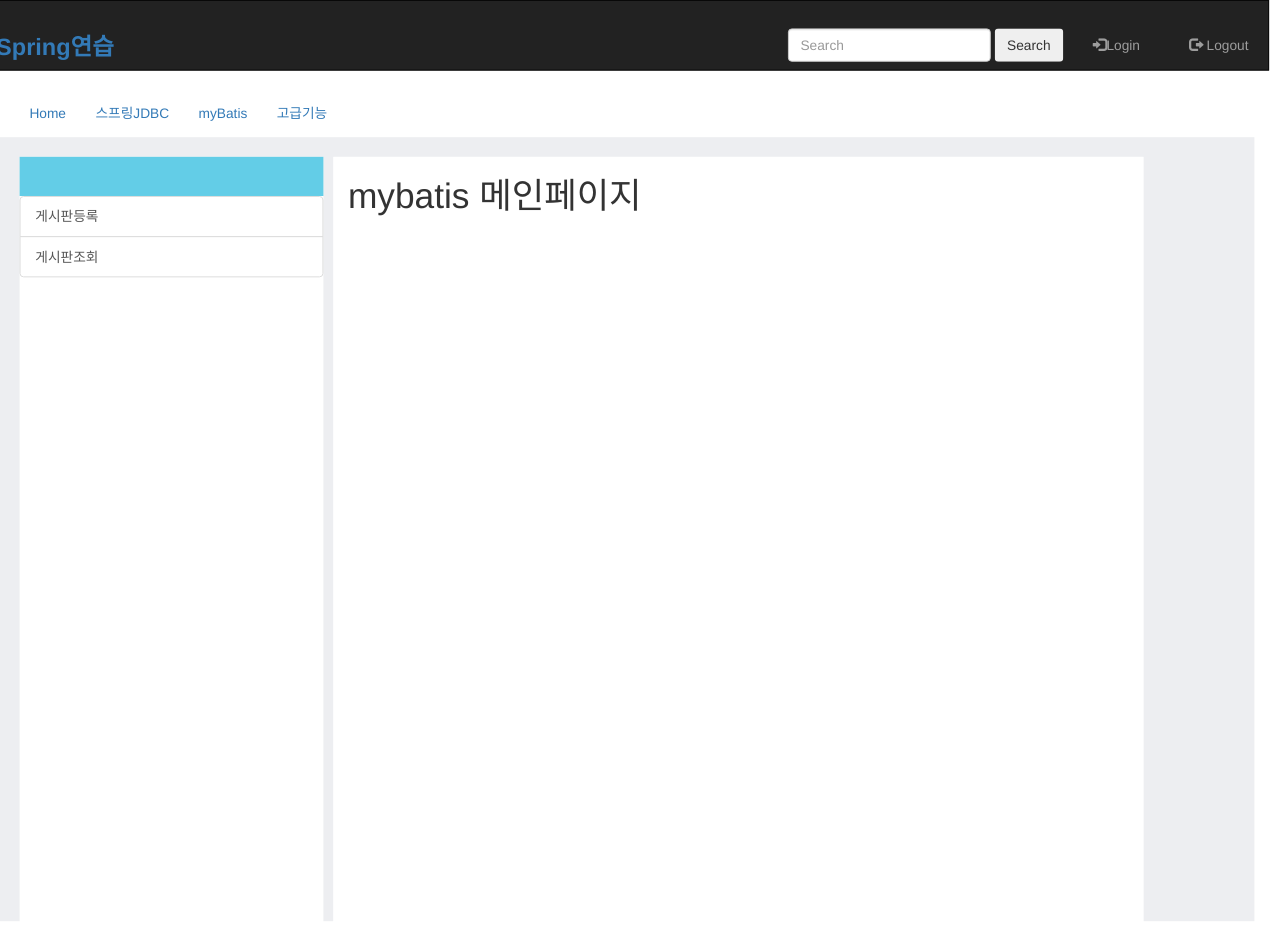
Repository: snowcuphea/stswork
Page: http://localhost/springmvc/template/advancedLayout.jsp
An editor plug-in stored every save of this project. The page is shown before and after the next save, followed by the edit.
The browser window is 1280 px wide. The page is 1309 px wide, so the pictures cover 1309 px, including what lies to the right of the window. The pictures show the whole page, at 98% of full size.
The page is served by Tomcat 9. Other server files are loaded and not shown.

Above is the page before, as saved 2020-01-29 07:21:59.

### springmvc/WebContent/template/advancedLayout.jsp
<%@ page language="java" contentType="text/html; charset=UTF-8"
    pageEncoding="UTF-8"%>
<!DOCTYPE html>
<html>
<head>
<meta charset="UTF-8">
<title>Insert title here</title>
</head>
<body><!-- 첫번째 로우 : top연결 -->
		<div id="top" class="row">
			<jsp:include page="top.jsp"></jsp:include>

		</div>
		<!-- 두번째 로우 : 3대8로 나눠놓음  -->
		<div style="background-color: #edeef1;padding: 20px;height: 800px">

			<div class="row" style="margin-left: auto;margin-right: auto;">
			 	<div class="col-sm-3"
			 	style="background-color: white;margin-right:10px;padding: 0px ">
			 		 <div style="border-color:white;height: 800px;">
					<div style="background-color: #63cde7; padding: 20px; font-family: HY-견고딕; font-size: 16pt; color: white; font-weight: bolder;"></div>
					<jsp:include page="../menu/mybatis_menu.jsp"/>
      				 </div>
			 	</div>
			 	<div class="col-sm-8" style="background-color: white;height: 800px;">
			 	<jsp:include page="../mybatis/main.jsp"/>


			 	</div>
			</div>
	</div>

</body>
</html>

### springmvc/WebContent/template/top.jsp
<%@ page language="java" contentType="text/html; charset=UTF-8"
	pageEncoding="UTF-8"%>
<!DOCTYPE html>
<html>
<head>
<meta charset="UTF-8">
<meta name="viewport" content="width=device-width, initial-scale=1">
<link rel="stylesheet" href="/springmvc/common/css/main.css" />
<link rel="stylesheet"
	href="https://maxcdn.bootstrapcdn.com/bootstrap/3.3.7/css/bootstrap.min.css">
<script
	src="https://ajax.googleapis.com/ajax/libs/jquery/3.3.1/jquery.min.js"></script>
<script
	src="https://maxcdn.bootstrapcdn.com/bootstrap/3.3.7/js/bootstrap.min.js"></script>
<style>
/* Remove the navbar's default margin-bottom and rounded borders */
.navbar {
	margin-bottom: 0;
	border-radius: 0;
}
/*  #toparea{
		padding: 30px;
	}  */
/* body{
		background-color: #edeef1
	} */
</style>
<title>Insert title here</title>
</head>
<body>

	<div style="height: 90px" style="padding:10px">
		<div id="toparea" class="navbar navbar-inverse">
			<a href="#"
				style="position: absolute; top: 30px; font-size: 18pt; font-weight: bolder; text-decoration: none; padding-left: 10px">Spring연습</a>
			<ul class="nav navbar-nav navbar-right"
				style="position: relative; top: 20px">
				<li style="margin-right: 20px; height: 70px"><a
					href="/annotation/view/emp/loginView.do"><span
						class="glyphicon glyphicon-log-in"> </span>Login</a></li>
				<li style="margin-right: 20px; height: 70px"><a
					href="/annotation/emp/logout.do"><span
						class="glyphicon glyphicon-log-out"></span> Logout</a></li>
			</ul>



			<form class="navbar-form pull-right"
				style="position: relative; top: 20px">
				<input class="form-control mr-sm-2" type="search"
					placeholder="Search" aria-label="Search">
				<button class="btn btn-outline-success my-2 my-sm-0" type="submit">Search</button>

			</form>

		</div>

	</div>
	<nav>
		<div class="container-fluid">
			<div class="collapse navbar-collapse" id="myNavbar">
				<ul class="nav navbar-nav">
					<li class="active"><a href="/annotation/index.do">Home</a></li>
					<li><a href="/annotation/menu/jdbc.do">스프링JDBC</a></li>
					<li><a href="/springmvc/template//mybatisLayout.jsp">myBatis</a></li>
					<li><a href="/springmvc/menu/advanced_menu.jsp">고급기능</a></li>

				</ul>

			</div>
		</div>
	</nav>
</body>
</html>

### springmvc/WebContent/menu/mybatis_menu.jsp
<%@ page language="java" contentType="text/html; charset=UTF-8"
	pageEncoding="UTF-8"%>
<!DOCTYPE html>
<html>
<head>
<meta charset="UTF-8">
<title>Insert title here</title>
</head>
<body>
	<div class="list-group">
		<a href="/annotation/board/insertView.do"	class="list-group-item">게시판등록</a>
		<a href="/annotation/board/list.do?category=all" class="list-group-item">게시판조회</a>

	</div>
</body>
</html>

### springmvc/WebContent/mybatis/main.jsp
<%@ page language="java" contentType="text/html; charset=UTF-8"
    pageEncoding="UTF-8"%>
<!DOCTYPE html>
<html>
<head>
<meta charset="UTF-8">
<title>Insert title here</title>
</head>
<body>
<h1>mybatis 메인페이지 </h1>
</body>
</html>

### springmvc/WebContent/common/css/main.css
@CHARSET "EUC-KR";

#banner-wrapper {
	margin-top: 50px;
	margin-left: 30px;
	margin-right: 30px;
}

table{
	border-collapse: collapse;

}
/* td{
	font-size: 9pt;
	border-top-style:solid;
	border-top-color: #dedddf;
	border-top-width: 1px;
	height: 40px;
	border-bottom-color: #dedddf;
	border-bottom-style: solid;
	border-bottom-width: 1px;
} */

th{
	background-color: #dedddf;

}
 .boardContent{
	width: 200px;
	height: 30px;
 }
 .boardDate{
	width: 100px;height: 30px
 }
.boardContent:HOVER {
	color: #63cde7
}

### springmvc/WebContent/menu/advanced_menu.jsp
<%@ page language="java" contentType="text/html; charset=UTF-8"
	pageEncoding="UTF-8"%>
<!DOCTYPE html>
<html>
<head>
<meta charset="UTF-8">
<title>Insert title here</title>
</head>
<body>

	<div class="list-group">
		<a href="/annotation/view/ajaxtest"	class="list-group-item">ajax테스트</a>
		<a href="/annotation/view/ajaxboard"	class="list-group-item">ajax게시판목록</a>
		<a href="/annotation/view/upload" class="list-group-item">파일업로드</a>
		<a href="/annotation/view/i18ntest" class="list-group-item">다국어지원</a>
		<a href="/annotation/view/transinsertView.do" class="list-group-item">트랜잭션처리</a>
		<a href="/annotation/advanced/testCookie.do?id=jang"
							class="list-group-item">쿠키테스트</a>

		<a href="/annotation/advanced/i18ntest.do?lang=ko">한국어</a>&nbsp;&nbsp;&nbsp;
		<a href="/annotation/advanced/i18ntest.do?lang=en">영어</a>&nbsp;&nbsp;&nbsp;
		<a href="/annotation/advanced/i18ntest.do?lang=jp">일본어</a>&nbsp;&nbsp;&nbsp;
	</div>
</body>
</html>

After the next save:
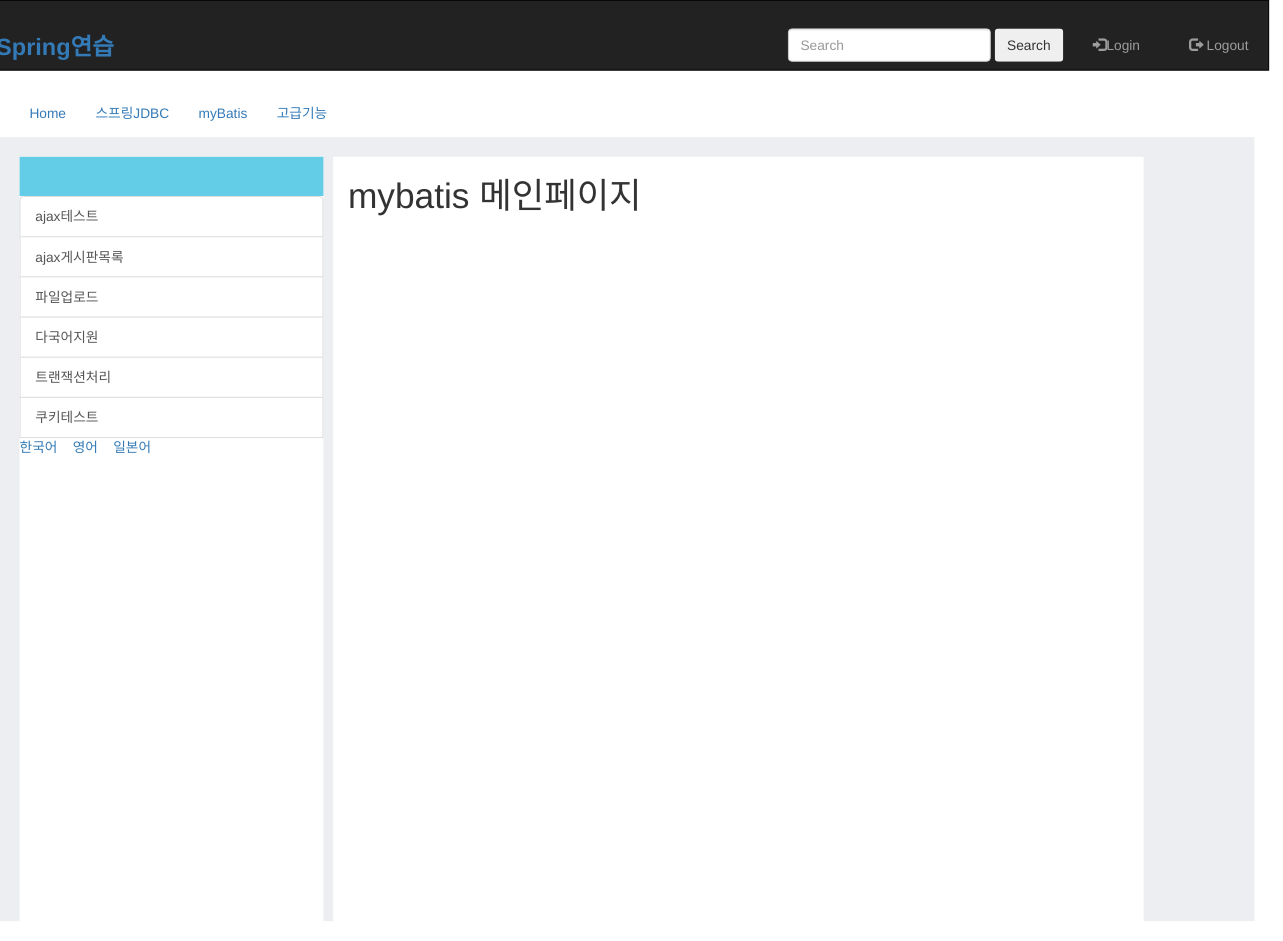
Saved 13 s later.
--- a/springmvc/WebContent/template/advancedLayout.jsp
+++ b/springmvc/WebContent/template/advancedLayout.jsp
@@ -19,7 +19,7 @@
 			 	style="background-color: white;margin-right:10px;padding: 0px ">
 			 		 <div style="border-color:white;height: 800px;">
 					<div style="background-color: #63cde7; padding: 20px; font-family: HY-견고딕; font-size: 16pt; color: white; font-weight: bolder;"></div>
-					<jsp:include page="../menu/mybatis_menu.jsp"/>
+					<jsp:include page="../menu/advanced_menu.jsp"/>
       				 </div>
 			 	</div>
 			 	<div class="col-sm-8" style="background-color: white;height: 800px;">
